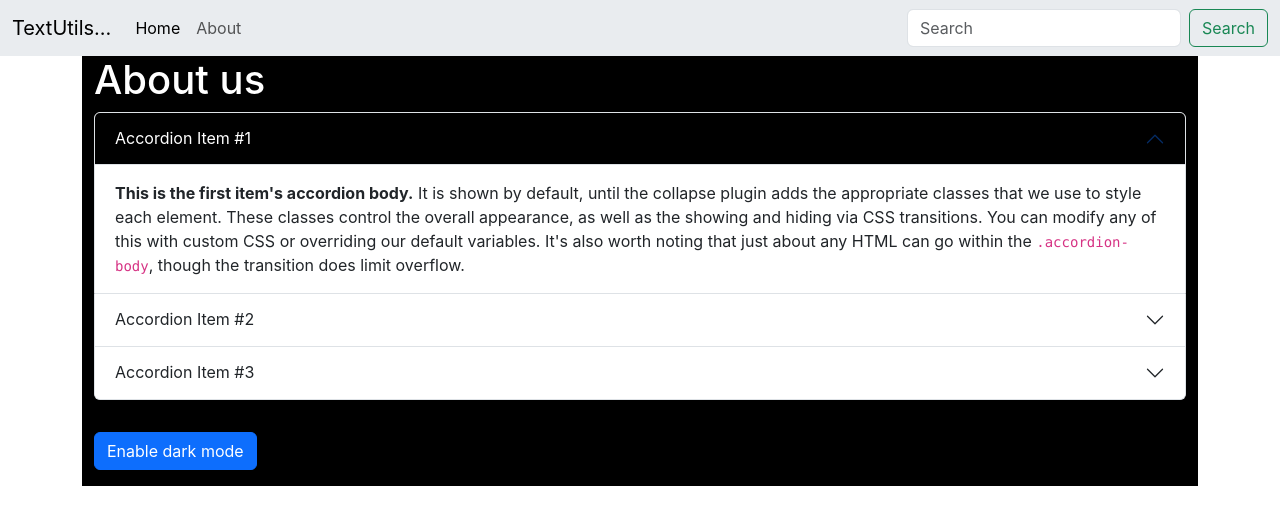
Repository: SujanNagaju/react-demo
Page: /
The author's editor kept a copy of each file at every save. The page is drawn from the files as they stood at one save, then again after the next save.
The browser window is 1280 px wide. The pictures show the whole page.
The project was rebuilt for these pictures with package versions that can differ from the ones it lists, and the page was loaded fresh each time. Also part of the build but not shown: src/App.css, src/components/TextForm.js.

Above is the page before, as saved 2024-12-29 15:18:03.

After the next save:
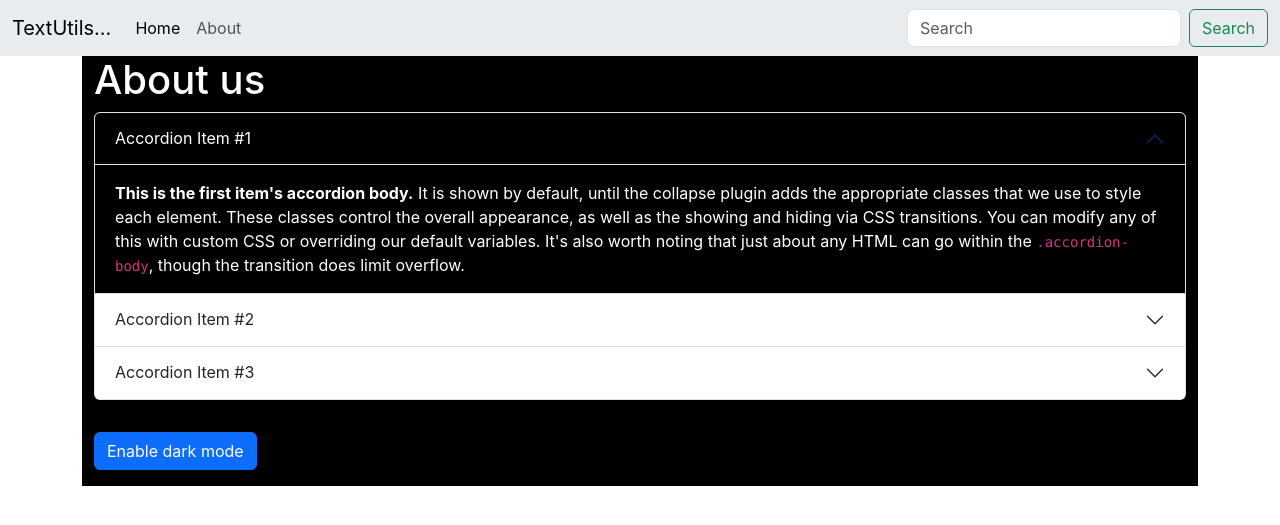
Saved 8 s later.
--- a/src/components/About.js
+++ b/src/components/About.js
@@ -17,7 +17,7 @@ export default function About(props) {
                     </button>
                     </h2>
                     <div id="collapseOne" className="accordion-collapse collapse show" data-bs-parent="#accordionExample">
-                    <div className="accordion-body">
+                    <div className="accordion-body" style={myStyle}>
                         <strong>This is the first item's accordion body.</strong> It is shown by default, until the collapse plugin adds the appropriate classes that we use to style each element. These classes control the overall appearance, as well as the showing and hiding via CSS transitions. You can modify any of this with custom CSS or overriding our default variables. It's also worth noting that just about any HTML can go within the <code>.accordion-body</code>, though the transition does limit overflow.
                     </div>
                     </div>
